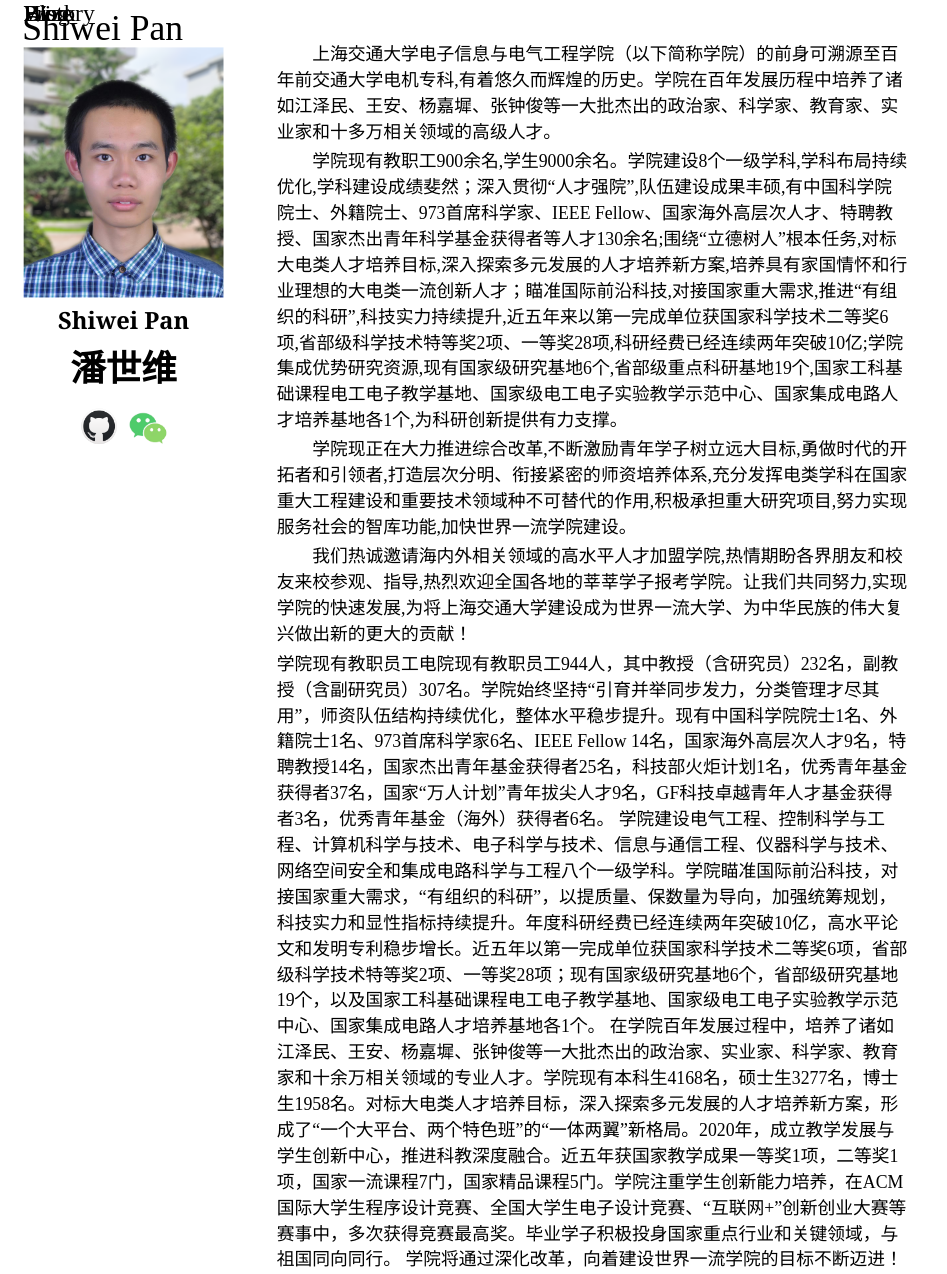
Repository: erikpsw/web
Page: new/psw.html
An editor plug-in stored every save of this project. The page is shown before and after the next save, followed by the edit.
The browser window is 1280 px wide. The pictures show the whole page, at 74% of full size.

Above is the page before, as saved 2022-06-17 08:49:01.

After the next save:
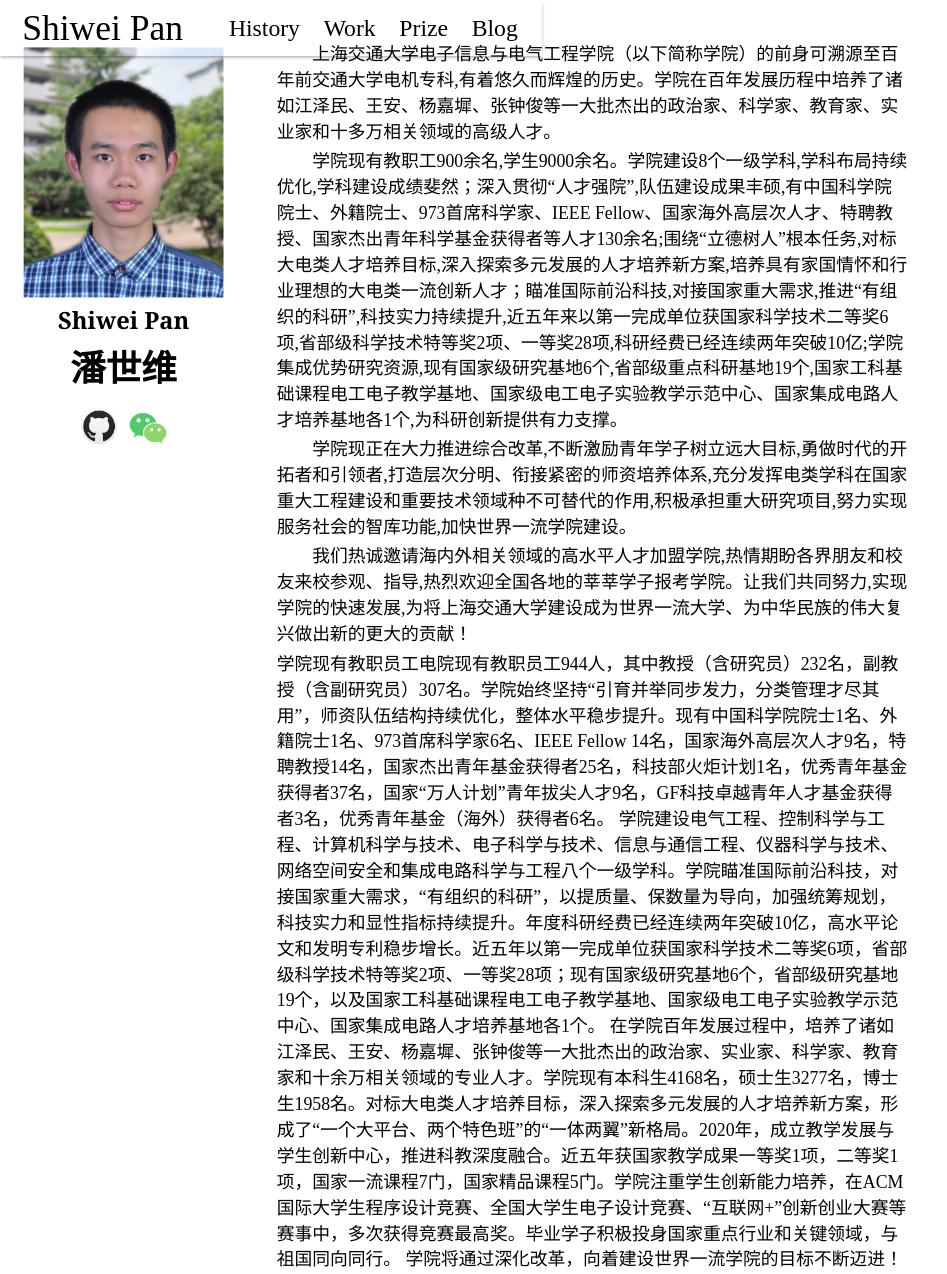
Saved 12 s later.
--- a/new/styles.css
+++ b/new/styles.css
@@ -3,6 +3,7 @@
     background-color: whit;
     display:flex;
     box-shadow: 0 0.25rem 0.25rem 0 rgb(0 0 0 / 31%);
+    position: absolute;
 }
 
 #title{
@@ -22,7 +23,6 @@
     display: inline-flex;
     align-items: center;
     font-size: 2em;
-    position: absolute;
 }
 
 .body{
